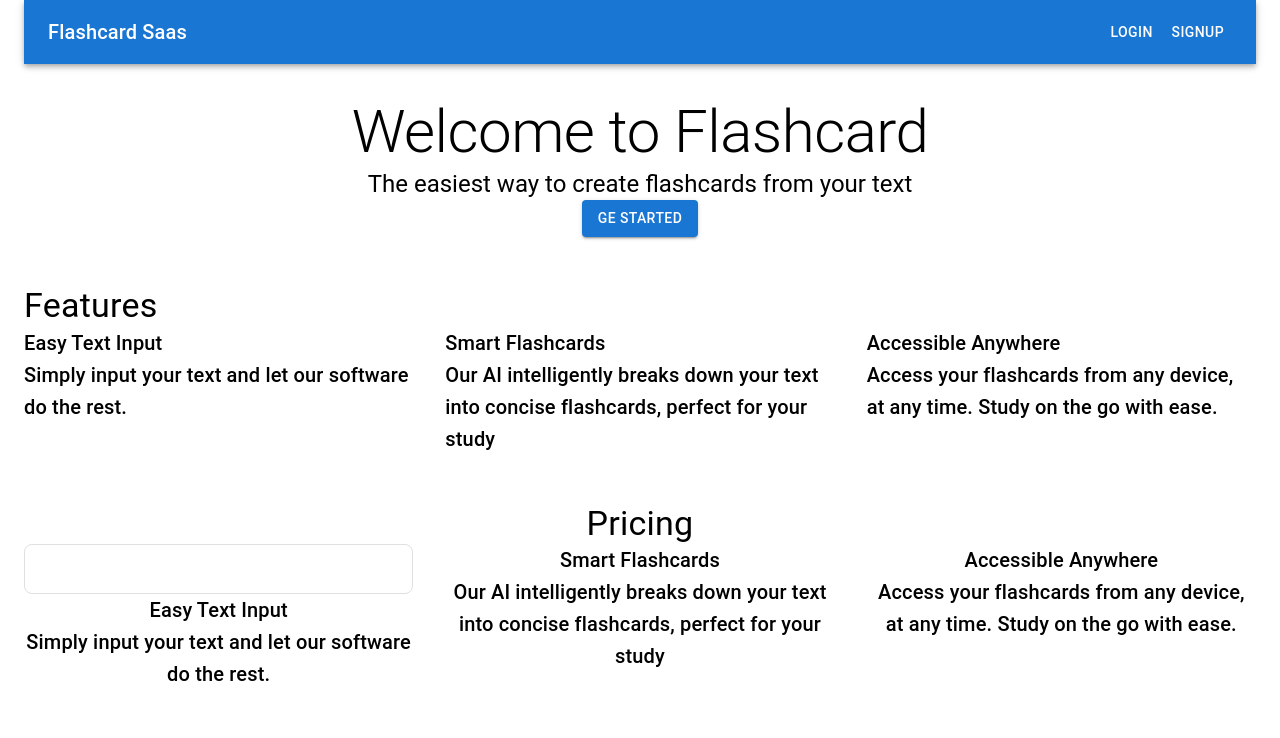
Repository: rakeshpuppala2590/AI-Flashcards-Stripe
Page: /
These files come from the project's save history. The page is drawn as it stood at one moment and after the next save; the edit follows.
The browser window is 1280 px wide. The pictures show the whole page.
The page's requests for data from a server got no answer. The project was rebuilt for these pictures with package versions that can differ from the ones it lists, and the page was loaded fresh each time. Some packages were replaced by stand-ins written for this rebuild. The framework's server and built-in components were replaced by stand-ins that run in the browser. No one was signed in, and anything a server would have sent is missing. Also part of the build but not shown: next.config.mjs.

Above is the page before, as saved 2024-08-12 15:04:56.

### src/app/page.js
import getStripe from "../../utils/get-stripe";
import { SignedIn, SignedOut, UserButton } from "@clerk/nextjs";
import Head from "next/head";
import {
  Grid,
  AppBar,
  Button,
  Container,
  Toolbar,
  Typography,
  Box,
} from "@mui/material";

export default function Home() {
  return (
    <Container maxWidth="100vW">
      <Head>
        <title>Flashcard Saas</title>
        <meta
          name="description"
          content="create flashcard from your text"
        ></meta>
      </Head>

      <AppBar position="static">
        <Toolbar>
          <Typography variant="h6" style={{ flexGrow: 1 }}>
            Flashcard Saas
          </Typography>
          <SignedOut>
            <Button color="inherit">Login</Button>
            <Button color="inherit">SignUp</Button>
          </SignedOut>
          <SignedIn>
            <Button>Logout</Button>
          </SignedIn>
        </Toolbar>
      </AppBar>

      <Box
        sx={{
          textAlign: "center",
          my: 4,
        }}
      >
        <Typography variant="h2">Welcome to Flashcard</Typography>
        <Typography variant="h5">
          {" "}
          The easiest way to create flashcards from your text
        </Typography>
        <Button variant="contained" color="primary">
          Ge Started
        </Button>
      </Box>
      <Box sx={{ my: 6 }}>
        <Typography variant="h4">Features</Typography>
        <Grid container spacing={4}>
          <Grid item xs={12} md={4}>
            {" "}
            <Typography variant="h6">Easy Text Input</Typography>
            <Typography variant="h6"> </Typography>
            <Typography variant="h6">
              Simply input your text and let our software do the rest.
            </Typography>
          </Grid>
          <Grid item xs={12} md={4}>
            {" "}
            <Typography variant="h6">Smart Flashcards</Typography>
            <Typography variant="h6"> </Typography>
            <Typography variant="h6">
              Our AI intelligently breaks down your text into concise
              flashcards, perfect for your study
            </Typography>
          </Grid>
          <Grid item xs={12} md={4}>
            {" "}
            <Typography variant="h6">Accessible Anywhere</Typography>
            <Typography variant="h6"> </Typography>
            <Typography variant="h6">
              Access your flashcards from any device, at any time. Study on the
              go with ease.
            </Typography>
          </Grid>
        </Grid>
      </Box>
      <Box sx={{ my: 6, textAlign: "center" }}>
        <Typography variant="h4">Pricing</Typography>
        <Grid container spacing={4}>
          <Grid item xs={12} md={4}>
            <Box
              sx={{
                p: 3,
                border: "1px solid",
                borderColor: "grey.300",
                borderRadius: 2,
              }}
            ></Box>
            <Typography variant="h6">Easy Text Input</Typography>
            <Typography variant="h6"> </Typography>
            <Typography variant="h6">
              {" "}
              Simply input your text and let our software do the rest.
            </Typography>
          </Grid>
          <Grid item xs={12} md={4}>
            {" "}
            <Typography variant="h6">Smart Flashcards</Typography>
            <Typography variant="h6"> </Typography>
            <Typography variant="h6">
              Our AI intelligently breaks down your text into concise
              flashcards, perfect for your study
            </Typography>
          </Grid>
          <Grid item xs={12} md={4}>
            {" "}
            <Typography variant="h6">Accessible Anywhere</Typography>
            <Typography variant="h6"> </Typography>
            <Typography variant="h6">
              Access your flashcards from any device, at any time. Study on the
              go with ease.
            </Typography>
          </Grid>
        </Grid>
      </Box>
    </Container>
  );
}

### utils/get-stripe.js
import { loadStripe } from "@stripe/stripe-js";
let stripePromise;
const getStripe = () => {
  if (!stripePromise) {
    stripePromise = loadStripe(process.env.NEXTJS_PUBLIC_STRIPE_PULIC_KEY);
  }
  return stripePromise;
};
export default getStripe;

Loaded but not shown: src/app/layout.js (common file); src/app/globals.css (common file); tailwind.config.js (common file)

After the next save:
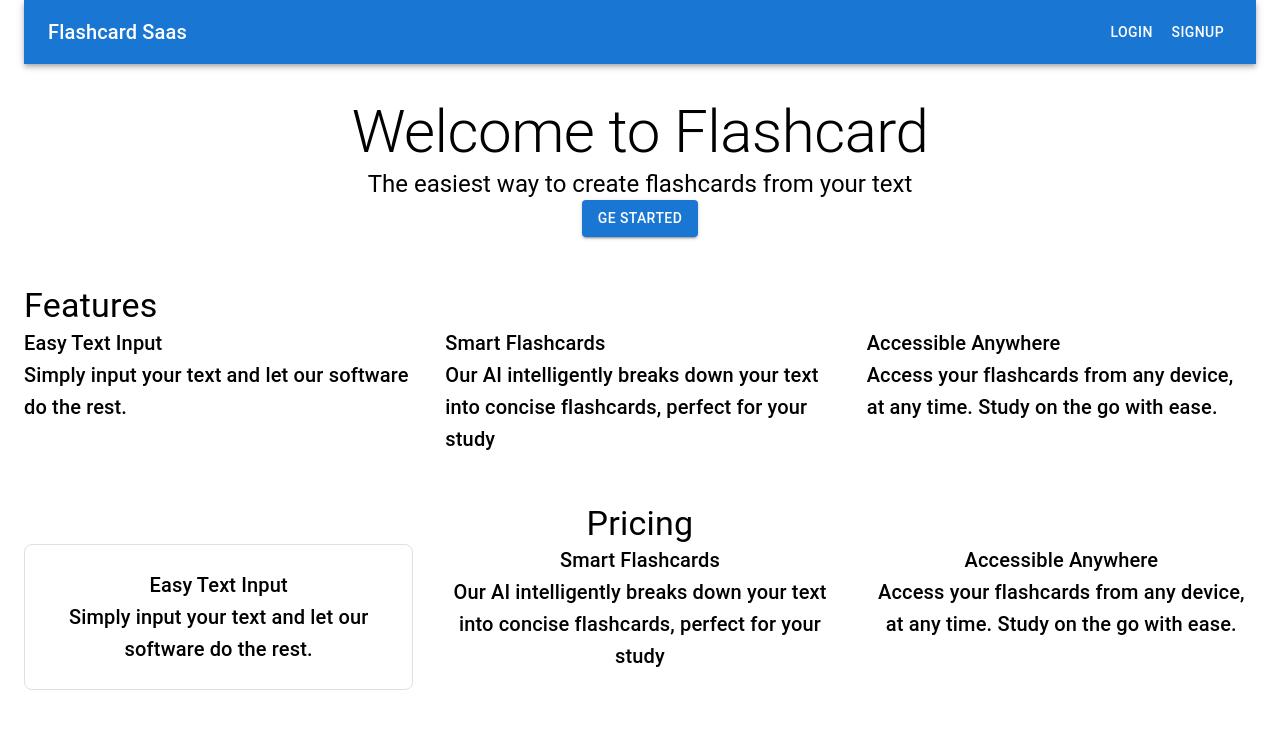
Saved 53 s later.
--- a/src/app/page.js
+++ b/src/app/page.js
@@ -94,13 +94,14 @@ export default function Home() {
                 borderColor: "grey.300",
                 borderRadius: 2,
               }}
-            ></Box>
-            <Typography variant="h6">Easy Text Input</Typography>
-            <Typography variant="h6"> </Typography>
-            <Typography variant="h6">
-              {" "}
-              Simply input your text and let our software do the rest.
-            </Typography>
+            >
+              <Typography variant="h6">Easy Text Input</Typography>
+              <Typography variant="h6"> </Typography>
+              <Typography variant="h6">
+                {" "}
+                Simply input your text and let our software do the rest.
+              </Typography>
+            </Box>
           </Grid>
           <Grid item xs={12} md={4}>
             {" "}
